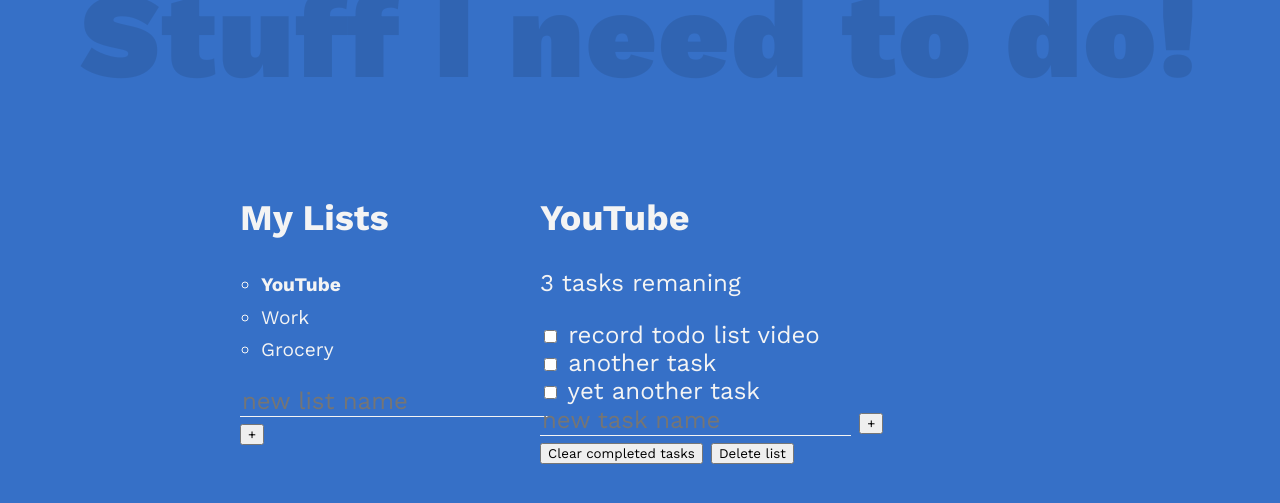
Repository: PratypartyY2K/JavaScript-Projects
Page: Better-ToDo-App/index.html
An editor plug-in stored every save of this project. The page is shown before and after the next save, followed by the edit.
The browser window is 1280 px wide. The pictures show the whole page.

Above is the page before, as saved 2021-07-06 00:38:41.

### Better-ToDo-App/index.html
<!DOCTYPE html>
<html lang="en">
  <head>
    <meta charset="UTF-8" />
    <meta http-equiv="X-UA-Compatible" content="IE=edge" />
    <meta name="viewport" content="width=device-width, initial-scale=1.0" />
    <link rel="stylesheet" href="styles.css" />
    <title>ToDo App</title>
  </head>

  <body>
    <h1 class="title">Stuff I need to do!</h1>
    <div class="all-tasks">
      <h2 class="task-list-title">My Lists</h2>
      <ul class="task-list">
        <li class="active-list">YouTube</li>
        <li>Work</li>
        <li>Grocery</li>
      </ul>

      <form action="">
        <input
          type="text"
          class="new list"
          placeholder="new list name"
          aria-label="new list name"
        />
        <button class="btn list" aria-label="create new list">+</button>
      </form>

    </div>

    <div class="todo-list">
        <div class="todo-header">
            <h2 class="list-title">YouTube</h2>
            <p class="task-count">3 tasks remaning</p>
        </div>

        <div class="todo-body">
            <div class="tasks">

                <div class="task">
                    <input type="checkbox" id="task-1">
                    <label for="task-1">
                        <span class="custom-checkbox"></span>
                        record todo list video
                    </label>
                </div>
                <!-- close task-1-->

                <div class="task">
                    <input type="checkbox" id="task-2">
                    <label for="task-2">
                        <span class="custom-checkbox"></span>
                        another task
                    </label>
                </div>
                <!-- close task-2-->

                <div class="task">
                    <input type="checkbox" id="task-3">
                    <label for="task-3">
                        <span class="custom-checkbox"></span>
                        yet another task
                    </label>
                </div>
                <!-- close task-3-->

            </div>

            <div class="new-task-creator">
                <form action="">
                    <input
                      type="text"
                      class="new task"
                      placeholder="new task name"
                      aria-label="new task name"
                    />
                    <button class="btn task" aria-label="create new task">+</button>
                  </form>
            </div>

            <div class="delete-stuff">
                <button class="btn delete">Clear completed tasks</button>
                <button class="btn delete">Delete list</button>
            </div>
        </div>
    </div>
  </body>
</html>

### Better-ToDo-App/styles.css
@import url('https://fonts.googleapis.com/css2?family=Work+Sans:wght@400;700;900&display=swap');

:root {
    --clr-primary: rgb(54, 112, 199);
    --clr-light: #f4f4f4;
    --clr-dark: #332;
    --clr-warning: rgb(99, 36, 36);
}

*,
*::before,
*::after {
    font-family: inherit;
    box-sizing: border-box;
}

body {
    margin: 0;
    font-family: "Work Sans", sans-serif;
    font-weight: 300;
    font-size: 1.5rem;
    background-color: var(--clr-primary);
    color: var(--clr-light);

    display: grid;
    grid:
    "header header header header" auto
    "...... lists  active ......" auto /
    1fr minmax(100px, 300px) minmax(250px, 500px) 1fr;
}

.title {
    grid-area: header;
    text-align: center;
    font-size: calc(7vw + 2rem);
    font-weight: 900;
    color: rgba(0,0,0,0.1);
    letter-spacing: 2px;
    margin: -0.3em 0 0.5em;
}

.all-tasks {
    grid-area: lists;
}

.task-list {
    font-size: 1.2rem;
    line-height: 1.7;
    list-style: circle;
    padding-left: 1.1em;
}

.new {
    background: transparent;
    border: 0;
    color: inherit;
    border-bottom: 1px solid currentColor;
    font-size: inherit;
    outline: none;

    transition: border-bottom 250ms ease-in;
}

.new:focus {
    border-bottom-width: 3px;
}

.new:focus::placeholder {
    opacity: 0.2;
}

.active-list {
    font-weight: 700;
}

.todo-list {
    grid-area: active;
}

After the next save:
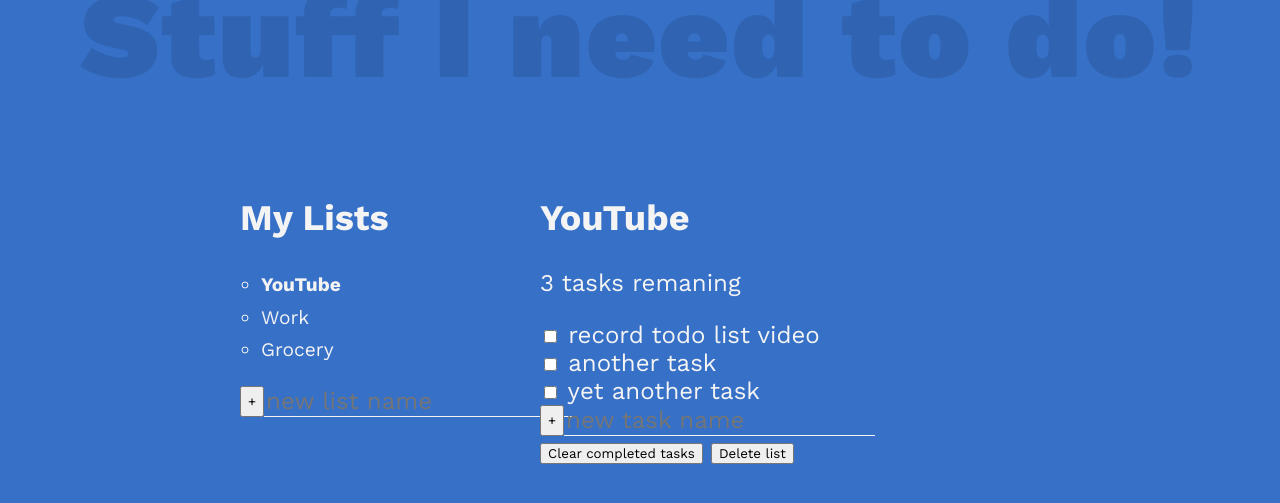
Saved 80 s later.
--- a/Better-ToDo-App/styles.css
+++ b/Better-ToDo-App/styles.css
@@ -50,6 +50,10 @@ body {
     padding-left: 1.1em;
 }
 
+form {
+    display: flex;
+}
+
 .new {
     background: transparent;
     border: 0;
@@ -59,6 +63,7 @@ body {
     outline: none;
 
     transition: border-bottom 250ms ease-in;
+    order: 2;
 }
 
 .new:focus {
